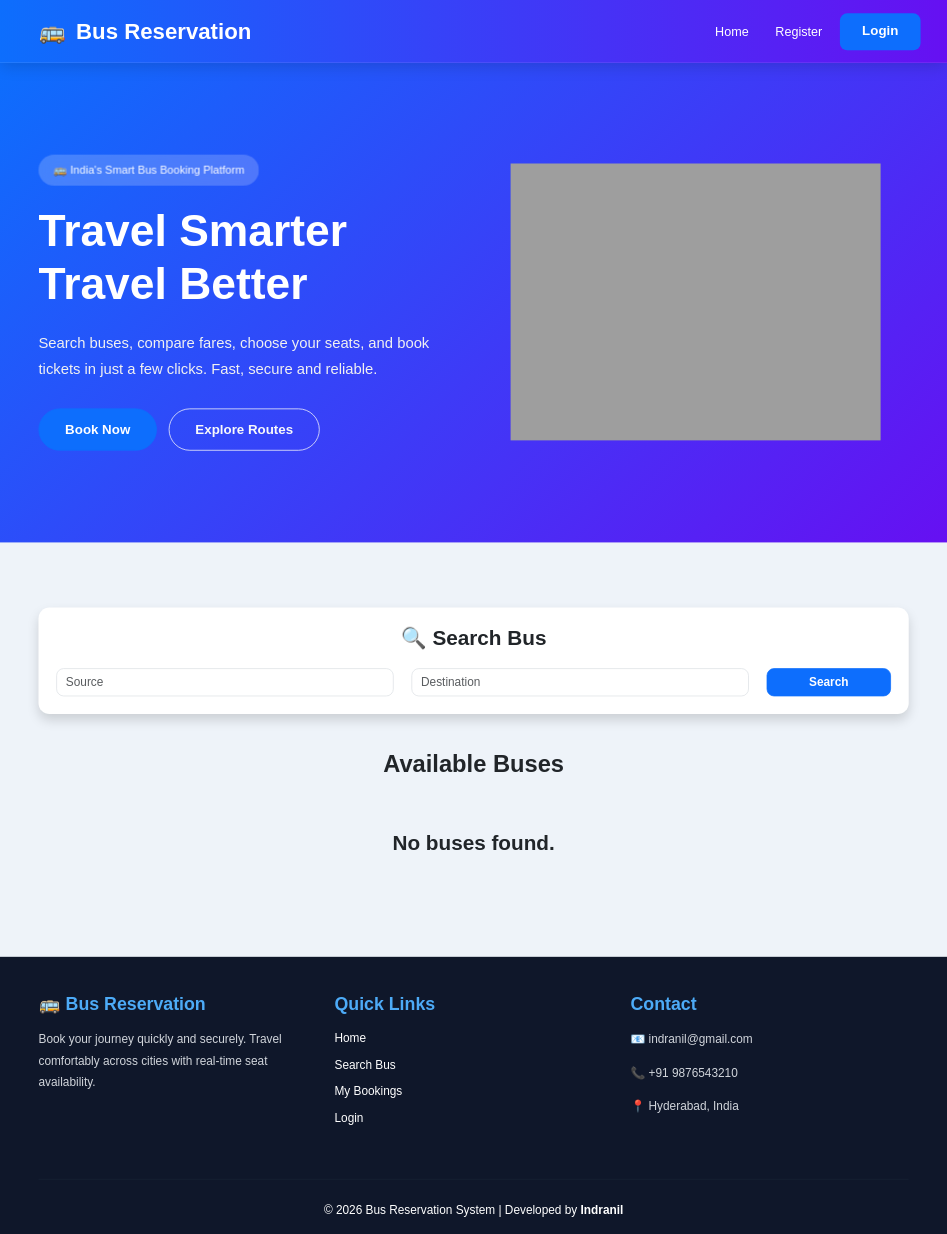
Repository: Eswarabhinay06/Bus-Reservation-System
Page: / (app in AIML-09-Bus-Reservation-System-main/bus-reservation-frontend/)
These files come from the project's save history. The page is drawn as it stood at one moment and after the next save; the edit follows.
The browser window is 1280 px wide. The pictures show the whole page, at 74% of full size.
Pictures or frames that could not be fetched are drawn as grey boxes. The page's requests for data from a server got no answer. The project was rebuilt for these pictures with package versions that can differ from the ones it lists, and the page was loaded fresh each time. No one was signed in, and anything a server would have sent is missing. Also part of the build but not shown: AIML-09-Bus-Reservation-System-main/bus-reservation-frontend/vite.config.js, AIML-09-Bus-Reservation-System-main/bus-reservation-frontend/src/styles/SearchBar.css, AIML-09-Bus-Reservation-System-main/bus-reservation-frontend/src/styles/BusCard.css, AIML-09-Bus-Reservation-System-main/bus-reservation-frontend/src/components/BusCard.jsx, AIML-09-Bus-Reservation-System-main/bus-reservation-frontend/src/styles/SeatSelection.css, AIML-09-Bus-Reservation-System-main/bus-reservation-frontend/src/components/SeatSelection.jsx, AIML-09-Bus-Reservation-System-main/bus-reservation-frontend/src/styles/Register.css, AIML-09-Bus-Reservation-System-main/bus-reservation-frontend/src/pages/Register.jsx and 3 more.

Above is the page before, as saved 2026-07-14 10:39:01.

After the next save:
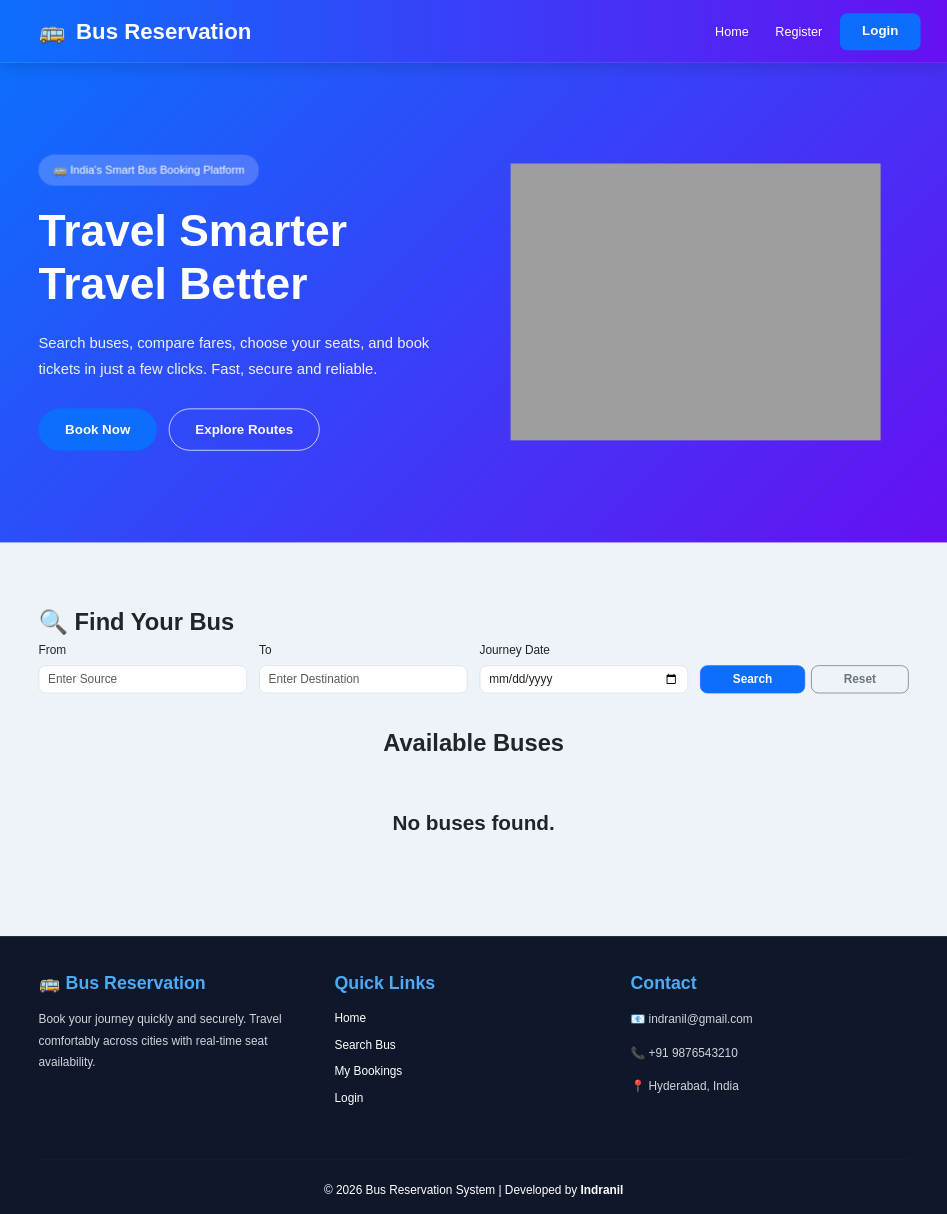
Saved 27 s later.
--- a/AIML-09-Bus-Reservation-System-main/bus-reservation-frontend/src/components/SearchBar.jsx
+++ b/AIML-09-Bus-Reservation-System-main/bus-reservation-frontend/src/components/SearchBar.jsx
@@ -1,49 +1,86 @@
 import { useState } from "react";
 import "../styles/SearchBar.css";
+
 function SearchBar({ onSearch }) {
   const [source, setSource] = useState("");
   const [destination, setDestination] = useState("");
+  const [date, setDate] = useState("");
 
   const handleSearch = () => {
     onSearch(source, destination);
   };
 
+  const handleReset = () => {
+    setSource("");
+    setDestination("");
+    setDate("");
+    onSearch("", "");
+  };
+
   return (
-    <div className="card shadow p-4 mb-5">
-      <h3 className="text-center mb-4">🔍 Search Bus</h3>
+    <div className="search-card">
 
-      <div className="row">
+      <h2 className="search-title">
+        🔍 Find Your Bus
+      </h2>
 
-        <div className="col-md-5">
+      <div className="row g-3">
+
+        <div className="col-lg-3 col-md-6">
+          <label className="form-label">From</label>
+
           <input
             type="text"
             className="form-control"
-            placeholder="Source"
+            placeholder="Enter Source"
             value={source}
             onChange={(e) => setSource(e.target.value)}
           />
         </div>
 
-        <div className="col-md-5">
+        <div className="col-lg-3 col-md-6">
+          <label className="form-label">To</label>
+
           <input
             type="text"
             className="form-control"
-            placeholder="Destination"
+            placeholder="Enter Destination"
             value={destination}
             onChange={(e) => setDestination(e.target.value)}
           />
         </div>
 
-        <div className="col-md-2">
+        <div className="col-lg-3 col-md-6">
+          <label className="form-label">Journey Date</label>
+
+          <input
+            type="date"
+            className="form-control"
+            value={date}
+            onChange={(e) => setDate(e.target.value)}
+          />
+        </div>
+
+        <div className="col-lg-3 col-md-6 d-flex align-items-end">
+
           <button
-            className="btn btn-primary w-100"
+            className="btn btn-primary me-2 flex-fill"
             onClick={handleSearch}
           >
             Search
           </button>
+
+          <button
+            className="btn btn-outline-secondary flex-fill"
+            onClick={handleReset}
+          >
+            Reset
+          </button>
+
         </div>
 
       </div>
+
     </div>
   );
 }
